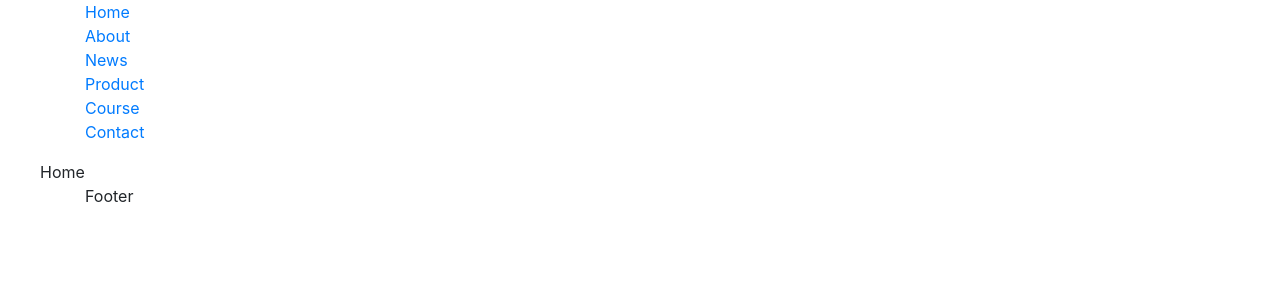
Repository: LmHoangg/php_master_unt
Page: http://localhost/?page=home
The author's editor kept a copy of each file at every save. The page is drawn from the files as they stood at one save, then again after the next save.
The browser window is 1280 px wide. The pictures show the whole page.
The page is run by PHP 8.4 with error messages shown; the project is at /var/www/html/.

Above is the page before, as saved 2021-11-17 13:23:10.

### index.php
<?php
    // require('data/users.php');
    // require('lib/template.php');
    // get_header();
?>

<?php
    $page = !empty($_GET['page']) ? $_GET['page'] : 'home';
    $path = "pages/{$page}.php";
    if(file_exists($path)){
        require $path;
    }else{
        require 'inc/404.php';
    }
?>
<?php
    // get_footer();
?>

### pages/home.php
<?php
    require 'lib/template.php';
    get_header();
?>
<div id="content">
    Home
</div>
<?php
get_footer();
?>

### lib/template.php
<?php
    function get_header(){
        $path_header = 'inc/header.php';
        if(file_exists($path_header)){
            require $path_header;
        }else{
            echo "Not Found Header";
        }

    }
    function get_footer(){
        $path_footer = 'inc/footer.php';
        if(file_exists($path_footer)){
            require $path_footer;
        }else{
            echo "Not Found Footer";
        }
    }
?>

### inc/header.php
<html>

<head>
    <title>Users Manager Basic</title>
    <meta name="viewport" content="width=device-width" />
    <link rel="stylesheet" href="public/css/reset.css" />
    <link rel="stylesheet" href="public/css/bootstrap.min.css" />
    <link rel="stylesheet" href="public/css/style.css" />
</head>


<body>
    <div id="wrapper">
        <div id="header">
            <div class="container">
                <div class="row">
                    <div class="col-md-12">
                        <ul id="main-menu">
                            <li><a href="?page=home">Home</a></li>
                            <li><a href="?page=about">About</a></li>
                            <li><a href="?page=news">News</a></li>
                            <li><a href="?page=product">Product</a></li>
                            <li><a href="?page=course">Course</a></li>
                            <li><a href="?page=contact">Contact</a></li>
                        </ul>
                    </div>

                </div>

            </div>

        </div>
        <!-- end header -->

### inc/footer.php
<div id="footer">
    <div class="container">
        <div class="row">
            <div class="col-md-12">
                <p>Footer</p>
            </div>
        </div>
    </div>
</div>
<!-- end footer -->
</div>
</body>

</html>

### public/css/style.css
#wrapper {
  max-width: 1200px;
  margin: 0 auto;
}

Loaded but not shown: public/css/reset.css (common file); public/css/bootstrap.min.css (library)

After the next save:
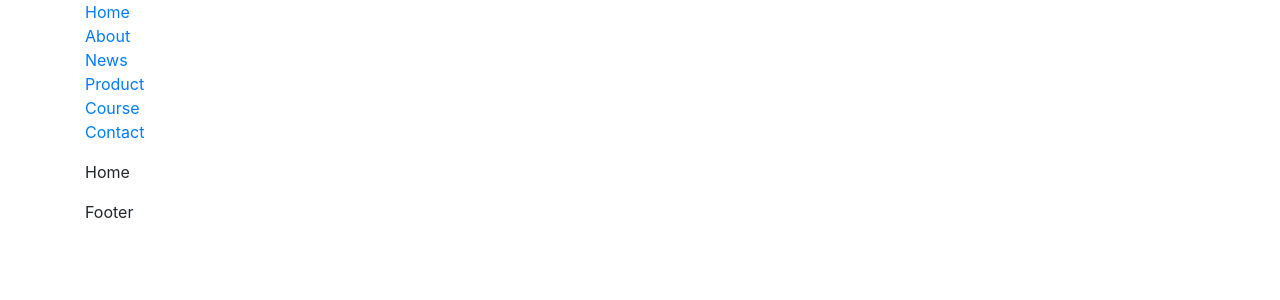
Saved 11 s later.
--- a/pages/home.php
+++ b/pages/home.php
@@ -3,8 +3,14 @@
     get_header();
 ?>
 <div id="content">
-    Home
+    <div class="container">
+        <div class="row">
+            <div class="col-md-12">
+                <p>Home</p>
+            </div>
+        </div>
+    </div>
 </div>
 <?php
-get_footer();
+    get_footer();
 ?>
